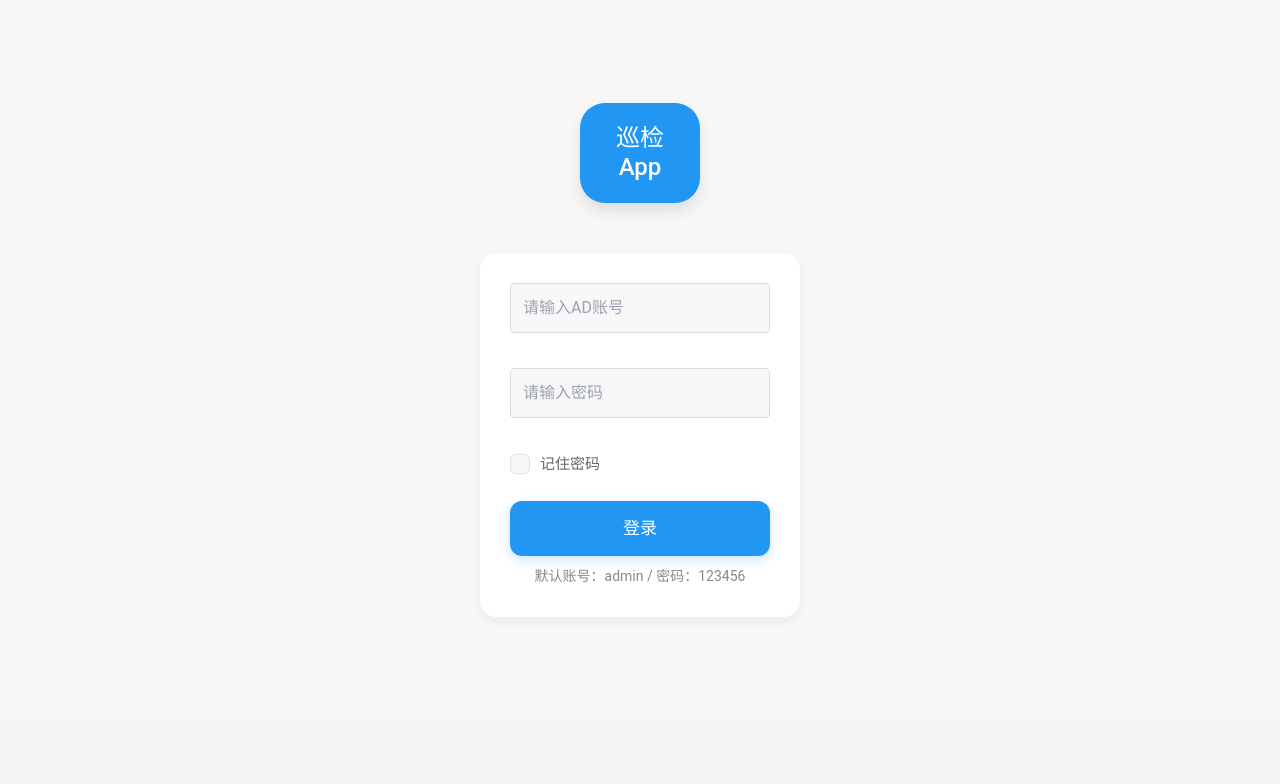
Repository: andyzheung/check-app
Page: /inspection-form (app in App/web/)
An editor plug-in stored every save of this project. The page is shown before and after the next save, followed by the edit.
The browser window is 1280 px wide. The pictures show the whole page.
The project was rebuilt for these pictures with package versions that can differ from the ones it lists, and the page was loaded fresh each time. Also part of the build but not shown: App/web/vite.config.js, App/web/src/views/Records.vue.

Above is the page before, as saved 2025-05-22 10:59:41.

After the next save:
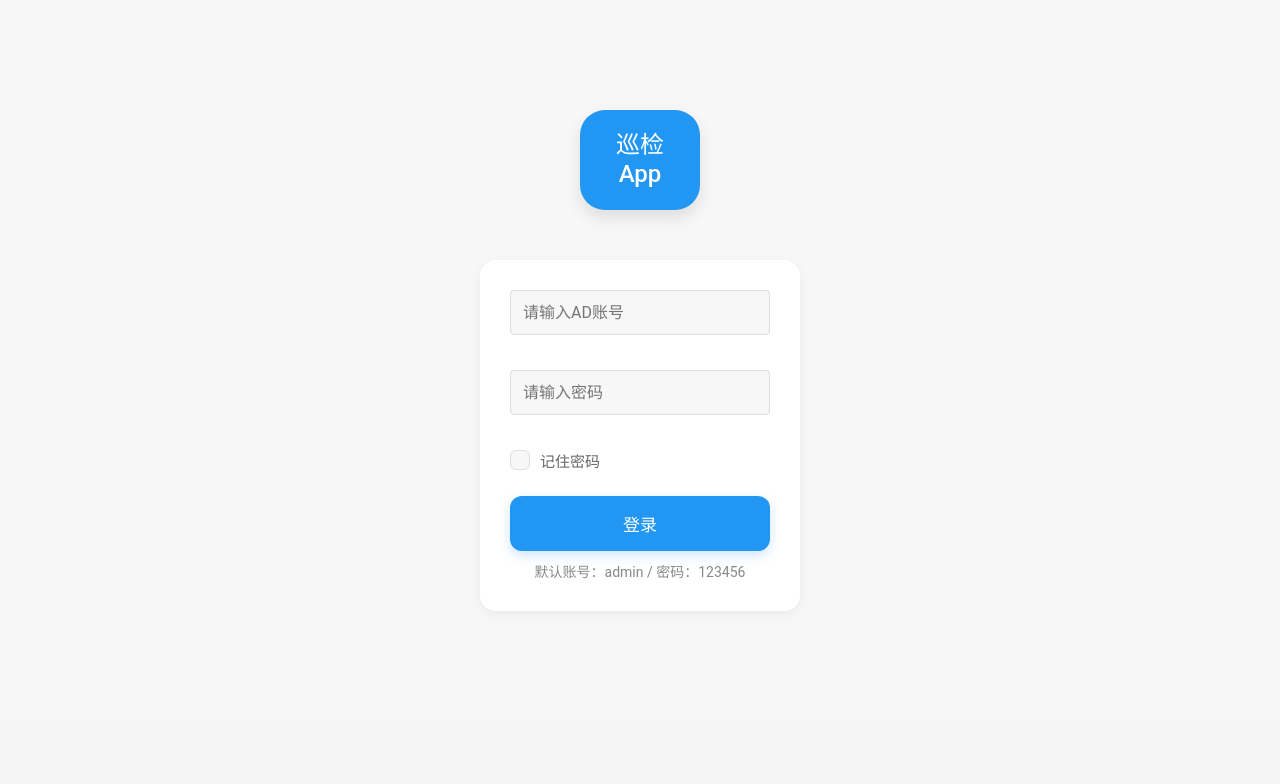
Saved 5 s later.
--- a/App/web/src/assets/css/main.css
+++ b/App/web/src/assets/css/main.css
@@ -1,10 +1,6 @@
-@tailwind base;
-@tailwind components;
-@tailwind utilities;
-
 /* 主页面样式 */
 .main-container {
-    height: 100vh;
+    min-height: 100vh;
     display: flex;
     flex-direction: column;
     background-color: #f7f7f7;
@@ -16,7 +12,8 @@
     flex-direction: column;
     align-items: center;
     justify-content: flex-start;
-    padding: 24px 12px 0 12px;
+    padding: 1.5rem 0.75rem 0 0.75rem;
+    padding-bottom: 5rem; /* 预留底部导航栏空间 */
 }
 
 .card {
@@ -52,8 +49,8 @@
 }
 
 .scan-round-btn {
-    width: 88px;
-    height: 88px;
+    width: 5.5rem;
+    height: 5.5rem;
     background: var(--primary-color);
     border: none;
     border-radius: 50%;
@@ -68,7 +65,7 @@
 
 .scan-round-btn .material-icons {
     color: #fff;
-    font-size: 38px;
+    font-size: 2.4rem;
 }
 
 .scan-round-btn:active {
@@ -77,7 +74,7 @@
 }
 
 .scan-btn-label {
-    font-size: 16px;
+    font-size: 1.1rem;
     color: #222;
     font-weight: 600;
     margin-top: 2px;
